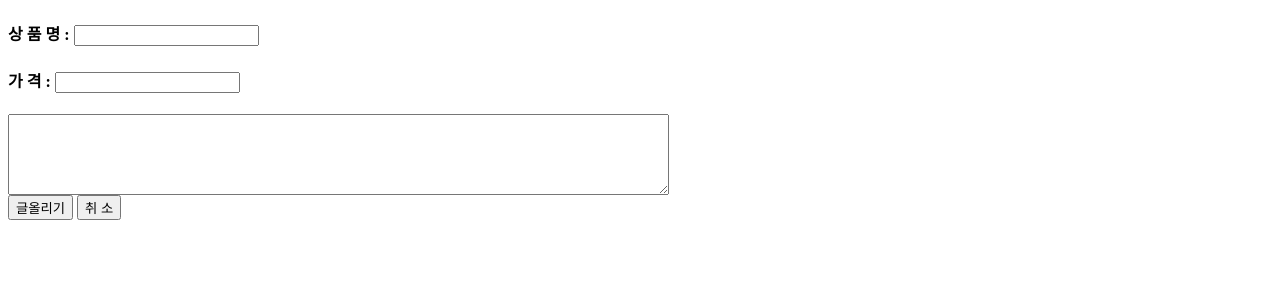
Repository: supremehappy/JSP_test02
Page: http://localhost/MyHomeMybatisImage2/productInput.jsp
An editor plug-in stored every save of this project. The page is shown before and after the next save, followed by the edit.
The browser window is 1280 px wide. The pictures show the whole page.
The page is served by Tomcat 9.

Above is the page before, as saved 2017-08-08 00:58:14.

After the next save:
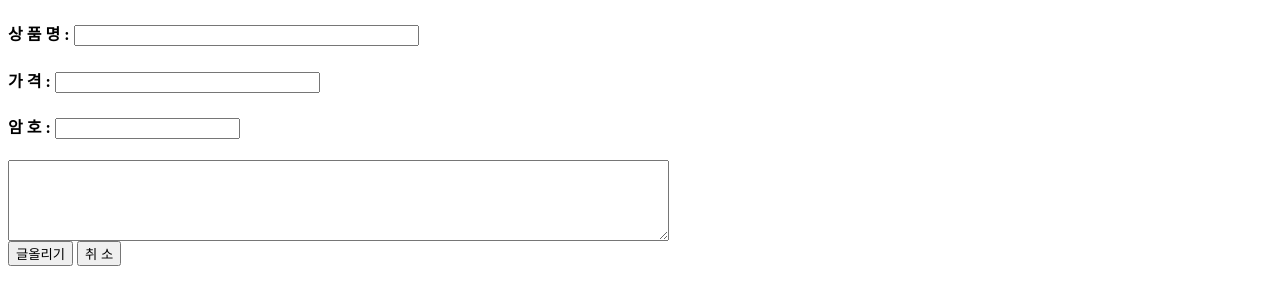
Saved 15 min 55 s later.
--- a/MyHomeMybatisImage2/WebContent/productInput.jsp
+++ b/MyHomeMybatisImage2/WebContent/productInput.jsp
@@ -15,6 +15,11 @@
 			return false;
 		}
 
+		if(form.password.value == ""){
+			alert("plz, input password");
+			return false;
+		}
+
 		if(form.PROPRICE.value == ""){
 			alert("plz, input price");
 			return false;
@@ -24,12 +29,15 @@
 			alert("plz, input content");
 			return false;
 		}
+
+
 	}
 </script>
 
 	<form action="pro-post" method="post" onSubmit="return validate(this)">
-		<h4>상 품 명 : <input type="text" name="PRONAME"></h4>
-		<h4>가 격 : <input type="text" name="PROPRICE"></h4>
+		<h4>상 품 명 : <input type="text" name="PRONAME" size="40"></h4>
+		<h4>가 격 : <input type="text" name="PROPRICE" size="30"></h4>
+		<h4>암 호 : <input type="password" name="password" size="20"></h4>
 		<textarea cols="80" rows="5" name="CONTENT"></textarea><br/>
 		<input type="submit" value="글올리기"/>
 		<input type="reset" value="취 소"/>
